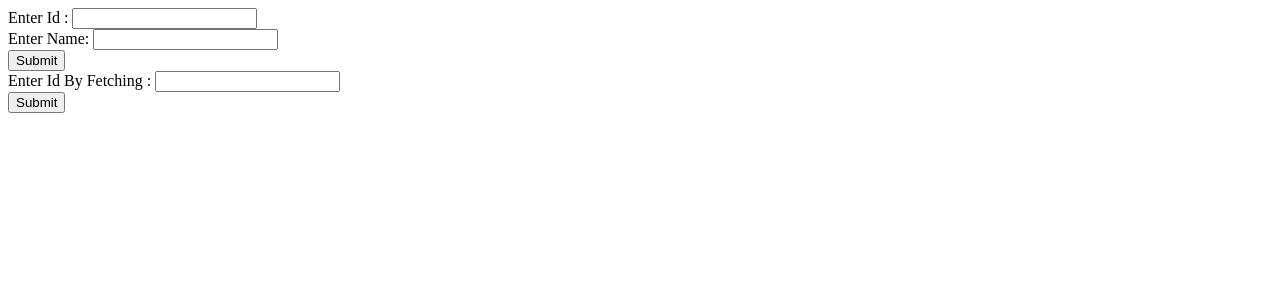
Repository: yuvan11/SBootExamples
Page: http://localhost/SpringBootJPA/home.jsp
These files come from the project's save history. The page is drawn as it stood at one moment and after the next save; the edit follows.
The browser window is 1280 px wide. The pictures show the whole page.
The page is served by Tomcat 9. Other server files are loaded and not shown.

Above is the page before, as saved 2020-08-04 14:27:10.

### SpringBootJPA/src/main/webapp/home.jsp
<%@ page language="java" contentType="text/html; charset=ISO-8859-1"
    pageEncoding="ISO-8859-1"%>
<!DOCTYPE html>
<html>
<head>
<meta charset="ISO-8859-1">
<title>Insert title here</title>
</head>
<body>

<form action="addAlien">
Enter Id  :  <input type="text" name="aid"><br>
Enter Name:  <input type="text" name="aname"><br>
<input type="submit"><br>
</form>

<form action="getAlien">
Enter Id By Fetching : <input type="text" name="aid"><br>
<input type="submit"><br>
</form>

</body>
</html>

After the next save:
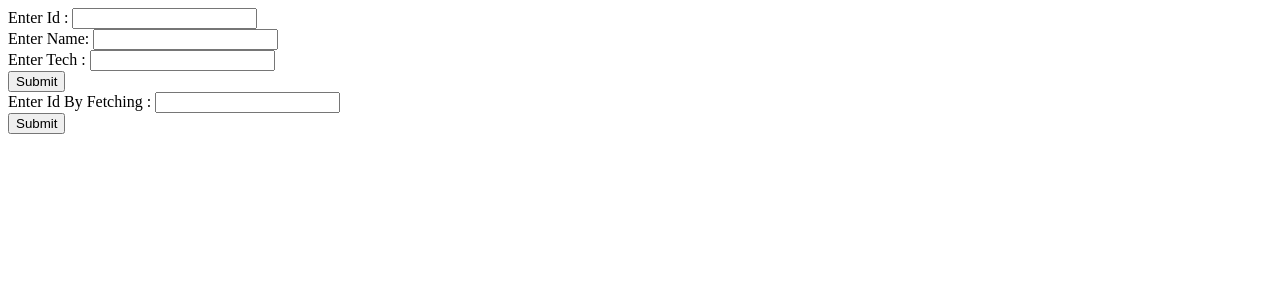
Saved 46 s later.
--- a/SpringBootJPA/src/main/webapp/home.jsp
+++ b/SpringBootJPA/src/main/webapp/home.jsp
@@ -11,6 +11,7 @@
 <form action="addAlien">
 Enter Id  :  <input type="text" name="aid"><br>
 Enter Name:  <input type="text" name="aname"><br>
+Enter Tech : <input type = "text" name = "tech"><br>
 <input type="submit"><br>
 </form>
 
